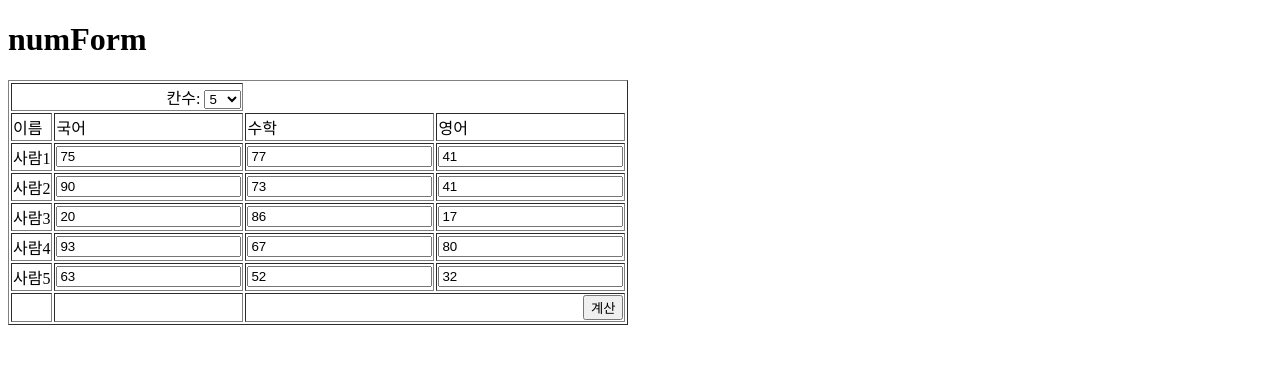
Repository: Jamikidu/newJsp
Page: http://localhost/jspProj/request/numForm.jsp
The author's editor kept a copy of each file at every save. The page is drawn from the files as they stood at one save, then again after the next save.
The browser window is 1280 px wide. The pictures show the whole page.
The page is served by Tomcat 9.

Above is the page before, as saved 2023-07-27 08:15:10.

After the next save:
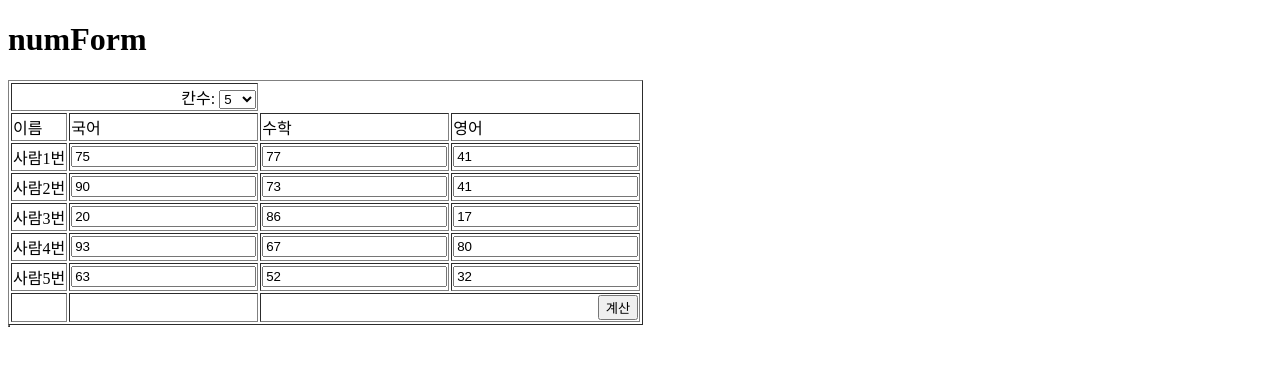
Saved 2 min 32 s later.
--- a/jspProj/src/main/webapp/request/numForm.jsp
+++ b/jspProj/src/main/webapp/request/numForm.jsp
@@ -51,7 +51,7 @@
 
 		 <% for(int i=0;i<5;i++){ %>
 
-			<td>사람<%=i+1 %></td>
+			<td>사람<%=i+1 %>번</td>
 			<td><input type="text" name="kor" value="<%=(int)(Math.random()*90)+10 %>" /></td>
 			<td><input type="text" name="eng" value="<%=(int)(Math.random()*90)+10 %>" /></td>
 			<td><input type="text" name="meth" value="<%=(int)(Math.random()*90)+10 %>" /></td>
@@ -67,6 +67,9 @@
 		</tr>
 	</table>
 </form>
+<table border="">
+
+</table>
 
 </body>
 </html>
